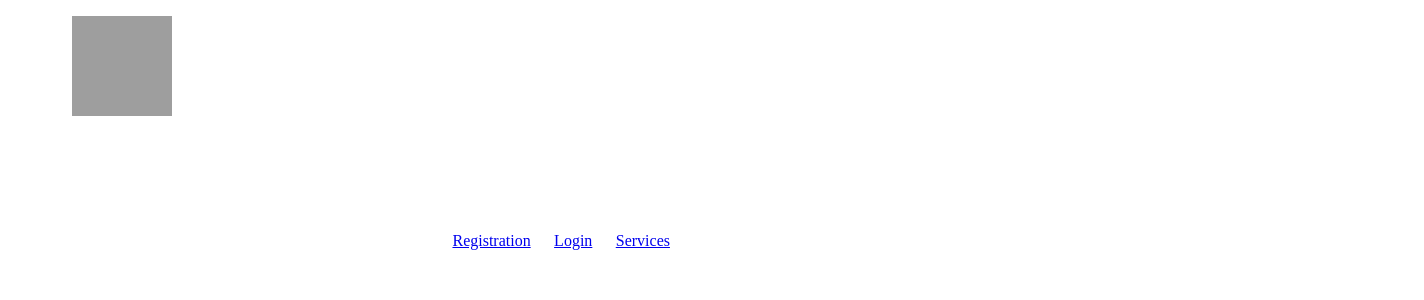
Repository: cb007/cbRepository
Page: http://localhost/SpringMvc/
The author's editor kept a copy of each file at every save. The page is drawn from the files as they stood at one save, then again after the next save.
The browser window is 1280 px wide. The page is 1424 px wide, so the pictures cover 1424 px, including what lies to the right of the window. The pictures show the whole page.
Pictures or frames that could not be fetched are drawn as grey boxes. The page is served by Tomcat 9.

Above is the page before, as saved 2017-02-23 12:04:21.

After the next save:
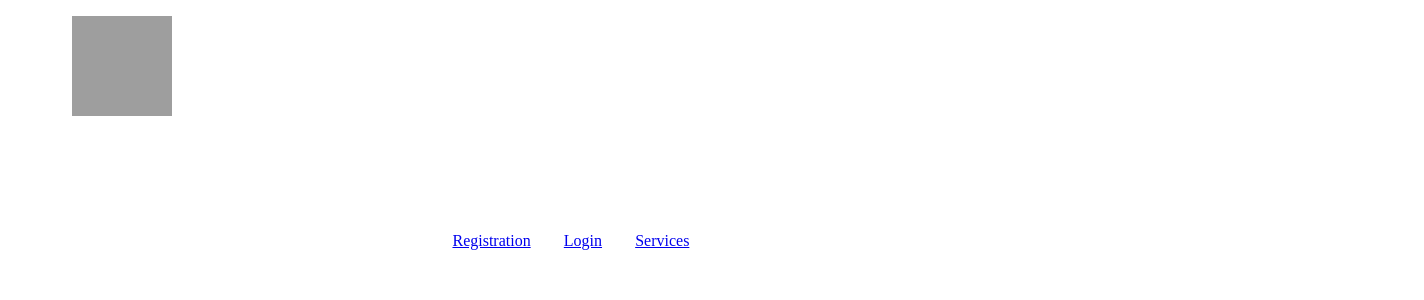
Saved 12 s later.
--- a/spring-hibernate/SpringMvc/WebContent/styles/main.css
+++ b/spring-hibernate/SpringMvc/WebContent/styles/main.css
@@ -33,5 +33,5 @@
 {
 	display: inline;
 	text-indent: none;
-	margin-right: 2%;
+	margin-right: 3%;
 }
